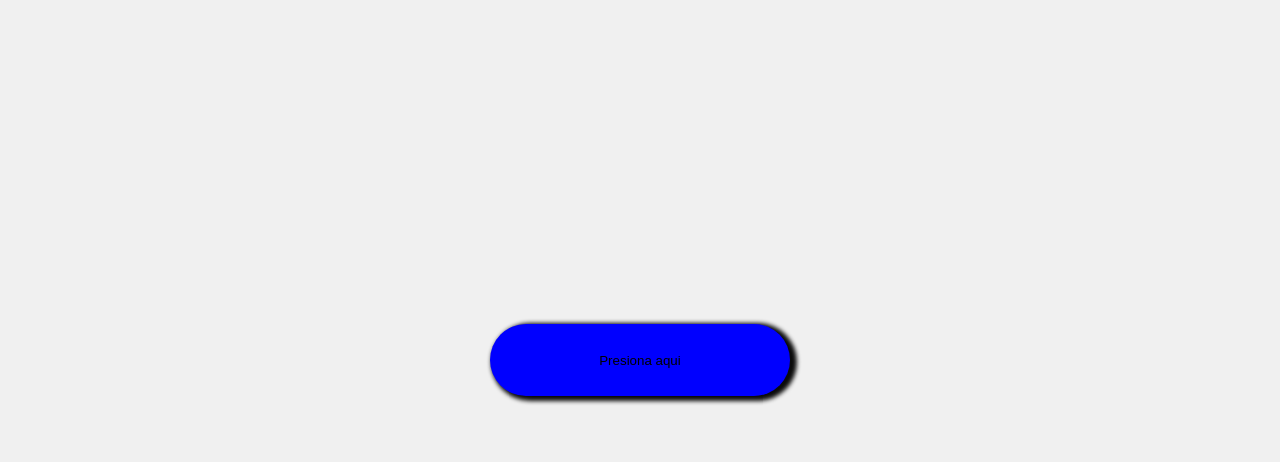
Repository: ye909/secreto
Page: inicio.html
An editor plug-in stored every save of this project. The page is shown before and after the next save, followed by the edit.
The browser window is 1280 px wide. The pictures show the whole page.
The pointer rests on the first visible `#btn`.

Above is the page before, as saved 2025-02-20 21:34:49.

After the next save:
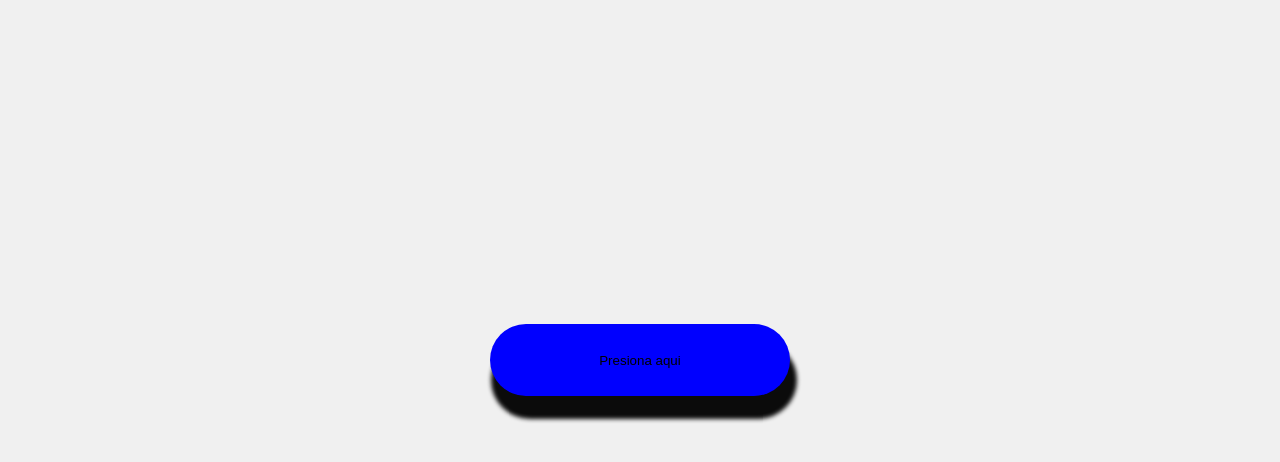
Saved 8 s later.
--- a/inicio.css
+++ b/inicio.css
@@ -36,6 +36,6 @@ body, html {
 }
 #btn:hover{
     background: blue;
-    box-shadow: rgb(11, 11, 11) 4px 2px 4px 3px ;
+    box-shadow: rgb(11, 11, 11) 4px 20px 4px 3px ;
 
 }
